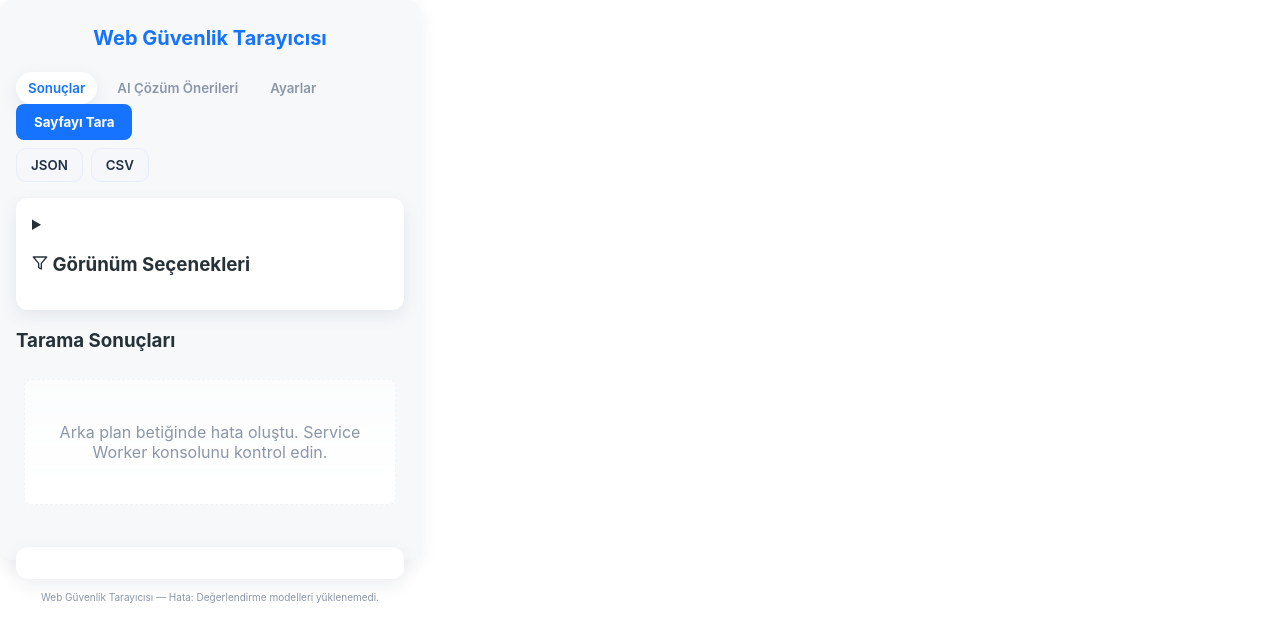
Repository: seliinduru/chrome-vuln-scanner
Page: popup.html
These files come from the project's save history. The page is drawn as it stood at one moment and after the next save; the edit follows.
The browser window is 1280 px wide. The pictures show the whole page.

Above is the page before, as saved 2025-11-05 18:23:21.

### popup.html
<!doctype html>
<html lang="tr">
<head>
  <meta charset="utf-8" />
  <title>Web Güvenlik Tarayıcısı</title>
  <link rel="stylesheet" href="styles.css">
</head>
<body>
  <div class="modal">
    <header class="modal-header">
      <h1>Web Güvenlik Tarayıcısı</h1>
    </header>

    <nav class="tabs">
      <button class="tab active" data-tab="results">Sonuçlar</button>
      <button class="tab" data-tab="ai">AI Çözüm Önerileri</button>
      <button class="tab" data-tab="settings">Ayarlar</button>
    </nav>

    <!-- === SONUÇLAR SEKMESİ === -->
    <section id="results" class="tab-content active">

      <!-- 1. YENİ KONTROL ÇUBUĞU -->
      <div class="control-bar">
        <button id="scanBtn" class="primary">Sayfayı Tara</button>
        <div class="export-buttons">
          <button id="exportJson" title="JSON olarak dışa aktar">JSON</button>
          <button id="exportCsv" title="CSV olarak dışa aktar">CSV</button>
        </div>
      </div>

      <!-- 2. YENİ KATLANABİLİR AYARLAR PANELİ -->
      <details class="view-options card">
        <summary>
          <h3><svg xmlns="http://www.w3.org/2000/svg" width="16" height="16" viewBox="0 0 24 24" fill="none" stroke="currentColor" stroke-width="2" stroke-linecap="round" stroke-linejoin="round"><path d="M22 3H2l8 9.46V19l4 2v-8.46L22 3z"></path></svg> Görünüm Seçenekleri</h3>
        </summary>
        <div class="options-content">
          <div class="model-selector">
            <div class="model-group">
              <label>Score Method:</label>
              <select id="scoreMethodSelect"></select>
            </div>
            <div class="model-group">
              <label>Fuzzy Logic:</label>
              <select id="fuzzyLogicSelect"></select>
            </div>
          </div>
          <div class="filters">
            <span>Filtrele:</span>
            <div class="filter-buttons">
              <button class="filter active" data-sev="all">Tümü</button>
              <button class="filter" data-sev="high">Yüksek</button>
              <button class="filter" data-sev="medium">Orta</button>
              <button class="filter" data-sev="low">Düşük</button>
            </div>
          </div>
        </div>
      </details>

      <!-- 3. GÜNCELLENMİŞ ZAFİYET LİSTESİ ALANI -->
      <h3 class="results-title">Tarama Sonuçları</h3>
      <div id="vulnList" class="vuln-list">
        <!-- Boş durum JS tarafından yönetilecek -->
      </div>
    </section>

    <!-- === AI ÇÖZÜM ÖNERİLERİ SEKMESİ === -->
    <section id="ai" class="tab-content">
      <div class="card">
        <div id="aiSuggestions">
          <!-- İçerik JS tarafından yönetilecek -->
        </div>
      </div>
    </section>

    <footer class="modal-footer">
      <small>Web Güvenlik Tarayıcısı — <span id="statusText">Hazır</span></small>
    </footer>
  </div>

  <script src="popup.js"></script>
</body>
</html>

### styles.css
/* styles.css - popup görünümü */
:root{
  --bg:#f6f8fa;
  --card:#ffffff;
  --accent:#1673ff;
  --muted:#8b96a8;
  --radius:10px;
  --shadow: 0 6px 18px rgba(23,35,60,0.08);
  --pill-border: #e6eefc;
  --transition: all 0.3s ease;
}

*{box-sizing:border-box;font-family:Inter, "Segoe UI", Roboto, Arial, sans-serif;}
body{
  margin:0;
  background:transparent;
  color:#263238;
  width:420px;
  height:560px;
}

.modal{
  background:var(--bg);
  border-radius:12px;
  padding:16px;
  box-shadow:var(--shadow);
  height:100%;
}

.modal-header{
  position: relative;
  padding-top: 10px;
  padding-bottom: 10px;
}
.modal-header h1{
  margin:0;
  color:var(--accent);
  font-size:20px;
  text-align:center;
  font-weight:700;
}

.tabs{
  display:flex;
  gap:8px;
  margin-top:12px;
  align-items:center;
  justify-content:flex-start;
}

.tab{
  background:transparent;
  border:0;
  padding:8px 12px;
  border-radius:20px;
  cursor:pointer;
  color:var(--muted);
  font-weight:600;
  transition: var(--transition);
}
.tab.active{
  background:#fff;
  color:var(--accent);
  box-shadow: var(--shadow);
}

.controls{
  display:flex;
  gap:10px;
  margin-top:12px;
  align-items:center;
}

button.primary{
  background:var(--accent);
  color:#fff;
  border:0;
  padding:10px 18px;
  border-radius:8px;
  cursor:pointer;
  font-weight:700;
  transition: var(--transition);
}
button.primary:hover{ background: #125cdb; }

button.secondary{
  background:#eef3f9;
  color:#333;
  border:0;
  padding:10px 18px;
  border-radius:8px;
  cursor:pointer;
  transition: var(--transition);
}
button.secondary:hover{ background: #e0e6f0; }

.card{
  background:var(--card);
  border-radius:12px;
  padding:16px;
  margin-top:16px;
  box-shadow: var(--shadow);
}

.card-title{
  display:flex;
  align-items:center;
  justify-content:space-between;
  gap:8px;
}
.card-title h2{ margin:0; font-size:16px; color:#223044;}

.filters{
  display:flex;
  gap:10px;
  align-items:center;
  margin-top:12px;
  color:var(--muted);
  font-size:13px;
}
.filter-buttons{ display:flex; gap:8px; }
.filter{
  border:1px solid var(--pill-border);
  background:#fff;
  padding:6px 10px;
  border-radius:18px;
  cursor:pointer;
  font-weight:600;
  color:#5a6b7a;
  transition: var(--transition);
}
.filter.active{
  background:#eaf3ff;
  color:var(--accent);
  border-color: rgba(22,115,255,0.18);
}
.filter:not(.active):hover{ background: #f8fafb; }


/* vulnerabilities list */
.vuln-list{
  margin-top:14px;
  min-height:160px;
  max-height:300px;
  overflow:auto;
  padding:8px;
}
.empty-state{
  border:1px dashed #f0f3f7;
  border-radius:8px;
  padding:26px;
  text-align:center;
  color:var(--muted);
  background:linear-gradient(180deg, rgba(255,255,255,0.6), #fff);
}

.vuln-items{ display:flex; flex-direction:column; gap:10px; padding:4px; }
.vuln-item{
  background:#fbfdff;
  border-radius:10px;
  padding:10px;
  border:1px solid #f0f4fb;
  box-shadow: 0 2px 8px rgba(34,50,80,0.03);
  position:relative;
}
.vuln-title{ font-weight:700; margin-top:6px; color:#142231; }
.vuln-details{ margin-top:6px; color:#425563; font-size:13px; white-space:pre-wrap; }
.vuln-meta{ margin-top:8px; color:#7b8b98; font-size:12px; }

.sev{
  position:absolute;
  right:10px;
  top:10px;
  padding:4px 8px;
  border-radius:12px;
  font-weight:700;
  font-size:12px;
}
.sev.critical, .sev.high{ background:#fff5f6; color:#b00020; border:1px solid #ffd6da; }
.sev.medium{ background:#fff8ec; color:#b36b00; border:1px solid #ffe6b7; }
.sev.low{ background:#f6fff3; color:#1b7a2f; border:1px solid #d7f7d7; }

.evidence-btn{
  margin-top:8px;
  border:0;
  background:#eef3ff;
  padding:6px 8px;
  border-radius:8px;
  cursor:pointer;
  font-weight:700;
  color:var(--accent);
  transition: var(--transition);
}
.evidence-btn:hover { background: #dce7ff; }

.evidence-panel{
  display:none;
  margin-top:8px;
  padding:10px;
  border-radius:8px;
  background:#f1f4f8; /* Arka plan rengi düzeltildi */
  white-space:pre-wrap;
  max-height:160px;
  overflow:auto;
  font-family: monospace;
  font-size: 12px;
}
.evidence-panel.visible{ display:block; }

.modal-footer{
  margin-top:auto;
  text-align:center;
  color:var(--muted);
  font-size:12px;
  padding: 10px 0 0;
}

/* Ayarlar Sayfası Stilleri */
.back-button {
  position: absolute;
  top: 40px;
  left: 16px;
  background: transparent;
  border: none;
  color: var(--accent);
  cursor: pointer;
  font-weight: 600;
  padding: 5px 10px;
  border-radius: 4px;
  z-index: 10;
  transition: var(--transition);
}

.back-button:hover {
  background: rgba(22, 115, 255, 0.1);
}

.settings-container {
  display: flex;
  flex-direction: column;
  gap: 16px;
  padding: 10px 0;
  overflow-y: auto;
  max-height: calc(100% - 120px);
}

.settings-section {
  margin-bottom: 20px;
  padding: 0 15px;
}

.settings-section h3 {
  font-size: 16px;
  margin-bottom: 10px;
  color: #333;
}

.filter-options {
  display: flex;
  flex-direction: column;
  gap: 10px;
}

.filter-options label {
  display: flex;
  align-items: center;
  gap: 8px;
  cursor: pointer;
}

.filter-options input[type="checkbox"] {
  width: 18px;
  height: 18px;
  accent-color: var(--accent);
}

.settings-actions {
  display: flex;
  justify-content: center;
  gap: 10px;
  margin-top: 10px;
  padding: 0 15px 15px;
}

.settings-actions button {
  padding: 8px 16px;
  border-radius: 6px;
  cursor: pointer;
  transition: var(--transition);
}

#resetSettingsBtn {
  background: transparent;
  border: 1px solid var(--muted);
  color: var(--muted);
}

#resetSettingsBtn:hover {
  background: rgba(139, 150, 168, 0.1);
}
.muted{ color:var(--muted); }
.small{ font-size:12px; }

/* === Rapor formatı seçimi (JSON / CSV) === */
.export-text {
  margin-top: 8px;
  font-size: 13px;
  color: var(--muted);
  font-weight: 500;
}

.export-buttons {
  display: flex;
  gap: 8px;
  margin-top: 8px;
}

.export-buttons button {
  background: #f5f7fb;
  border: 1px solid var(--pill-border);
  padding: 8px 14px;
  border-radius: var(--radius);
  cursor: pointer;
  font-weight: 600;
  color: #223044;
  transition: all 0.2s ease;
}

/* Hover durumları */
.export-buttons button:hover {
  background: var(--accent);
  color: #fff;
  border-color: var(--accent);
  transform: translateY(-1px);
}

/* JSON ve CSV için özel renk varyasyonu (isteğe bağlı) */
#exportJson:hover {
  background: #2563eb;
}

#exportCsv:hover {
  background: #10b981;
}

/* ===== HIBRIT SONUÇLAR PANELİ ===== */
.hybrid-results-panel {
  margin-top: 12px;
  padding-top: 12px;
  border-top: 1px solid #e8ecf1;
}

.hybrid-panel-title {
  font-size: 13px;
  font-weight: 600;
  color: #263238;
  margin-bottom: 8px;
}

.hybrid-grid {
  display: grid;
  grid-template-columns: repeat(2, 1fr);
  gap: 8px;
}

.hybrid-cell {
  background: #f8fafb;
  border: 1px solid #e6eefc;
  border-radius: 8px;
  padding: 8px;
  text-align: center;
  transition: all 0.2s ease;
}

.hybrid-cell:hover {
  background: #eef3ff;
  border-color: var(--accent);
  box-shadow: 0 2px 6px rgba(22, 115, 255, 0.1);
}

.cell-header {
  font-size: 11px;
  font-weight: 700;
  color: #5a6b7a;
  margin-bottom: 6px;
  text-transform: uppercase;
}

.cell-result {
  display: flex;
  flex-direction: column;
  gap: 3px;
}

.result-label {
  font-size: 12px;
  font-weight: 600;
}

.result-score {
  font-size: 13px;
  font-weight: 700;
}

.hybrid-cell.critical .result-label,
.hybrid-cell.critical .result-score { color: #b00020; }
.hybrid-cell.critical {
  background: #fff5f6;
  border-color: #ffd6da;
}

.hybrid-cell.high .result-label,
.hybrid-cell.high .result-score { color: #b36b00; }
.hybrid-cell.high {
  background: #fff8ec;
  border-color: #ffe6b7;
}

.hybrid-cell.medium .result-label,
.hybrid-cell.medium .result-score { color: #1b7a2f; }
.hybrid-cell.medium {
  background: #f6fff3;
  border-color: #d7f7d7;
}

/* ===== MODEL SEÇİCİ =====  */
.model-selector {
  display: grid;
  grid-template-columns: 1fr 1fr;
  gap: 12px;
  padding: 12px;
  background: #f8fafb;
  border-radius: 8px;
}

.model-group {
  display: flex;
  flex-direction: column;
  gap: 6px;
}

.model-group label {
  font-size: 12px;
  font-weight: 600;
  color: #5a6b7a;
  text-transform: uppercase;
}

.model-group select {
  padding: 8px;
  border: 1px solid #e6eefc;
  border-radius: 6px;
  background: #fff;
  color: #263238;
  font-weight: 500;
  cursor: pointer;
  transition: all 0.2s ease;
}

.model-group select:hover {
  border-color: var(--accent);
  background: #eef3ff;
}

.model-group select:focus {
  outline: none;
  border-color: var(--accent);
  box-shadow: 0 0 0 3px rgba(22, 115, 255, 0.1);
}

/* ===== SEÇİLİ MODEL SONUÇLARI ===== */
.hybrid-results-container {
  padding: 12px;
  background: #f8fafb;
  border-radius: 8px;
  border: 1px solid #e6eefc;
}

.hybrid-result-card {
  padding: 16px;
  border-radius: 8px;
  display: flex;
  align-items: center;
  gap: 16px;
  border-left: 4px solid;
}

.hybrid-result-card.critical {
  background: #fff5f6;
  border-left-color: #b00020;
}

.hybrid-result-card.high {
  background: #fff8ec;
  border-left-color: #b36b00;
}

.hybrid-result-card.medium {
  background: #f6fff3;
  border-left-color: #1b7a2f;
}

.result-main {
  display: flex;
  flex-direction: column;
  gap: 4px;
  flex: 1;
}

.result-model {
  font-size: 11px;
  font-weight: 700;
  text-transform: uppercase;
  color: #7b8b98;
}

.result-label {
  font-size: 16px;
  font-weight: 700;
}

.result-score {
  font-size: 18px;
  font-weight: 700;
}

.hybrid-result-card.critical .result-label,
.hybrid-result-card.critical .result-score { color: #b00020; }

.hybrid-result-card.high .result-label,
.hybrid-result-card.high .result-score { color: #b36b00; }

.hybrid-result-card.medium .result-label,
.hybrid-result-card.medium .result-score { color: #1b7a2f; }

Loaded but not shown: popup.js (258 lines, source omitted)

After the next save:
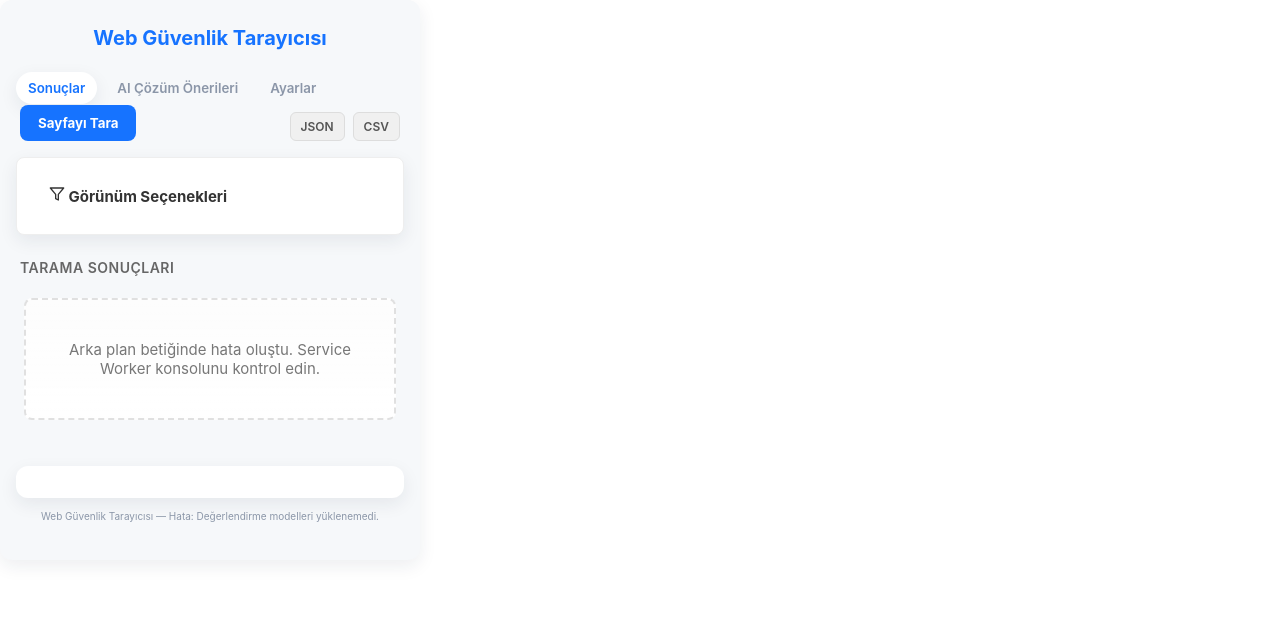
Saved 25 s later.
--- a/styles.css
+++ b/styles.css
@@ -532,3 +532,102 @@ button.secondary:hover{ background: #e0e6f0; }
 
 .hybrid-result-card.medium .result-label,
 .hybrid-result-card.medium .result-score { color: #1b7a2f; }
+
+/* === YENİ PROFESYONEL STİLLER === */
+
+/* 1. Kontrol Çubuğu Stilleri */
+.control-bar {
+  display: flex;
+  justify-content: space-between;
+  align-items: center;
+  margin-bottom: 16px;
+  padding: 0 4px;
+}
+
+.export-buttons button {
+  background-color: #f0f0f0;
+  border: 1px solid #ddd;
+  color: #555;
+  font-size: 12px;
+  padding: 6px 10px;
+  border-radius: 6px;
+  cursor: pointer;
+  transition: background-color 0.2s;
+}
+
+.export-buttons button:hover {
+  background-color: #e0e0e0;
+}
+
+/* 2. Katlanabilir Ayarlar Paneli Stilleri */
+.view-options {
+  border: 1px solid #eee;
+  border-radius: 8px;
+  margin-bottom: 16px;
+}
+
+.view-options summary {
+  padding: 12px 16px;
+  cursor: pointer;
+  display: flex;
+  align-items: center;
+  gap: 8px;
+  outline: none;
+}
+
+.view-options summary h3 {
+  margin: 0;
+  font-size: 15px;
+  color: #333;
+}
+
+.view-options[open] summary {
+  border-bottom: 1px solid #eee;
+}
+
+.view-options .options-content {
+  padding: 16px;
+  display: flex;
+  flex-direction: column;
+  gap: 16px;
+}
+
+.view-options summary::-webkit-details-marker {
+  display: none; /* Chrome'daki varsayılan oku kaldır */
+}
+
+/* 3. Sonuçlar Başlığı Stili */
+.results-title {
+  font-size: 14px;
+  color: #666;
+  text-transform: uppercase;
+  letter-spacing: 0.5px;
+  margin: 24px 0 8px 4px;
+  font-weight: 600;
+}
+
+/* 4. Geliştirilmiş Boş Durum Stili */
+.vuln-list .empty-state {
+  display: flex;
+  flex-direction: column;
+  align-items: center;
+  justify-content: center;
+  padding: 40px 20px;
+  text-align: center;
+  border: 2px dashed #e0e0e0;
+  border-radius: 8px;
+  background-color: #fafafa;
+}
+
+.vuln-list .empty-state svg {
+  width: 48px;
+  height: 48px;
+  stroke: #ccc;
+  margin-bottom: 12px;
+}
+
+.vuln-list .empty-state p {
+  margin: 0;
+  font-size: 15px;
+  color: #777;
+}

After the save that followed:
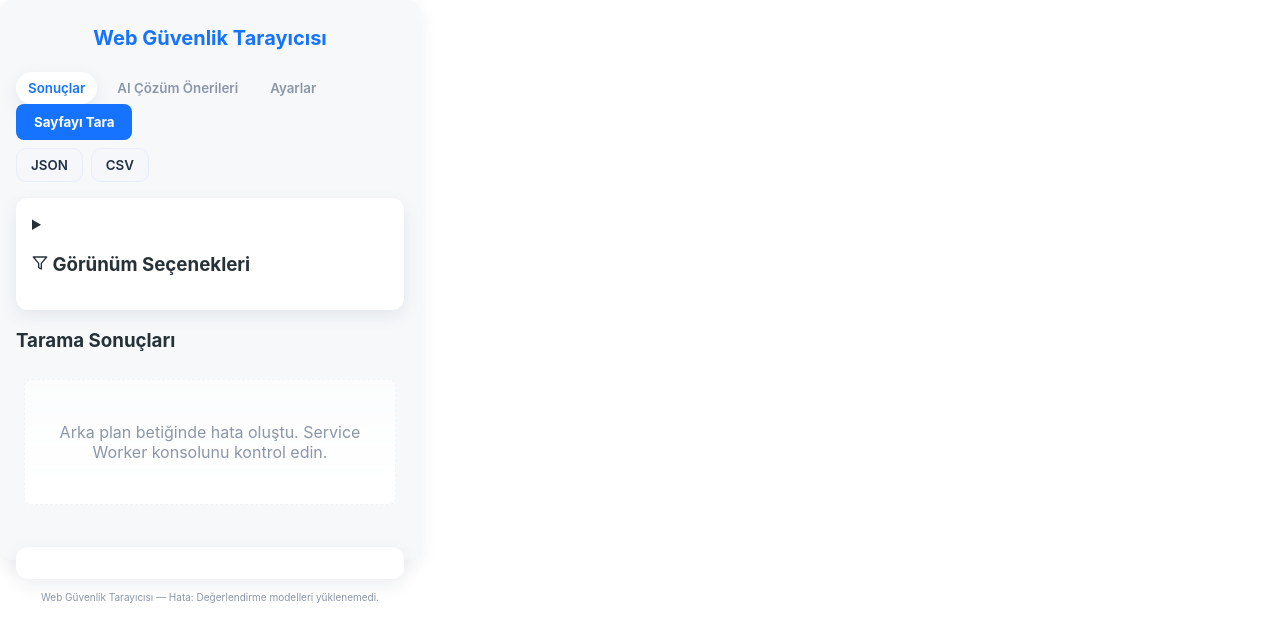
Saved 43 s later.
--- a/styles.css
+++ b/styles.css
@@ -532,102 +532,3 @@ button.secondary:hover{ background: #e0e6f0; }
 
 .hybrid-result-card.medium .result-label,
 .hybrid-result-card.medium .result-score { color: #1b7a2f; }
-
-/* === YENİ PROFESYONEL STİLLER === */
-
-/* 1. Kontrol Çubuğu Stilleri */
-.control-bar {
-  display: flex;
-  justify-content: space-between;
-  align-items: center;
-  margin-bottom: 16px;
-  padding: 0 4px;
-}
-
-.export-buttons button {
-  background-color: #f0f0f0;
-  border: 1px solid #ddd;
-  color: #555;
-  font-size: 12px;
-  padding: 6px 10px;
-  border-radius: 6px;
-  cursor: pointer;
-  transition: background-color 0.2s;
-}
-
-.export-buttons button:hover {
-  background-color: #e0e0e0;
-}
-
-/* 2. Katlanabilir Ayarlar Paneli Stilleri */
-.view-options {
-  border: 1px solid #eee;
-  border-radius: 8px;
-  margin-bottom: 16px;
-}
-
-.view-options summary {
-  padding: 12px 16px;
-  cursor: pointer;
-  display: flex;
-  align-items: center;
-  gap: 8px;
-  outline: none;
-}
-
-.view-options summary h3 {
-  margin: 0;
-  font-size: 15px;
-  color: #333;
-}
-
-.view-options[open] summary {
-  border-bottom: 1px solid #eee;
-}
-
-.view-options .options-content {
-  padding: 16px;
-  display: flex;
-  flex-direction: column;
-  gap: 16px;
-}
-
-.view-options summary::-webkit-details-marker {
-  display: none; /* Chrome'daki varsayılan oku kaldır */
-}
-
-/* 3. Sonuçlar Başlığı Stili */
-.results-title {
-  font-size: 14px;
-  color: #666;
-  text-transform: uppercase;
-  letter-spacing: 0.5px;
-  margin: 24px 0 8px 4px;
-  font-weight: 600;
-}
-
-/* 4. Geliştirilmiş Boş Durum Stili */
-.vuln-list .empty-state {
-  display: flex;
-  flex-direction: column;
-  align-items: center;
-  justify-content: center;
-  padding: 40px 20px;
-  text-align: center;
-  border: 2px dashed #e0e0e0;
-  border-radius: 8px;
-  background-color: #fafafa;
-}
-
-.vuln-list .empty-state svg {
-  width: 48px;
-  height: 48px;
-  stroke: #ccc;
-  margin-bottom: 12px;
-}
-
-.vuln-list .empty-state p {
-  margin: 0;
-  font-size: 15px;
-  color: #777;
-}
